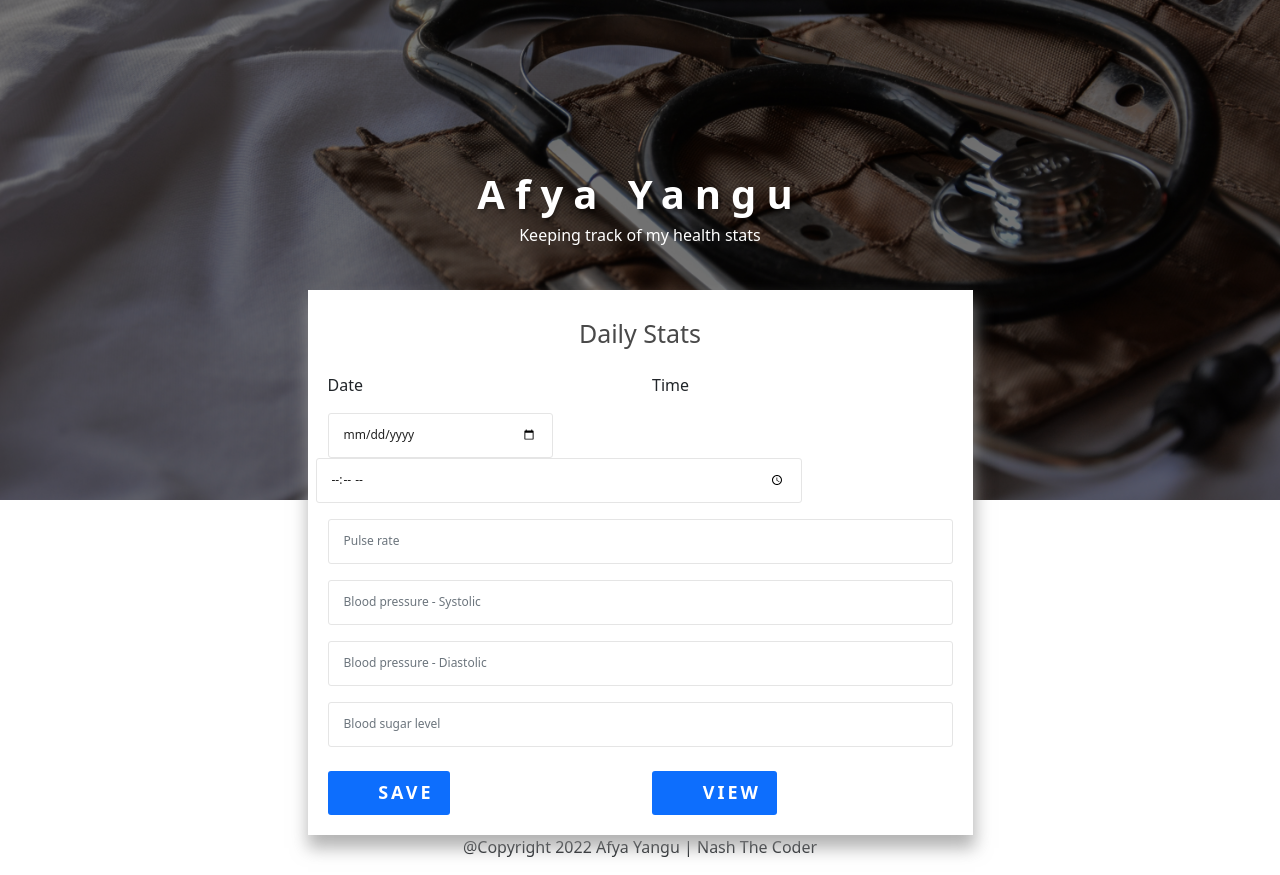
Repository: nashthecoder/afya_yangu
Page: /
These files come from the project's save history. The page is drawn as it stood at one moment and after the next save; the edit follows.
The browser window is 1280 px wide. The pictures show the whole page.
The project was rebuilt for these pictures with package versions that can differ from the ones it lists, and the page was loaded fresh each time.

Above is the page before, as saved 2022-02-27 16:29:26.

### src/App.js
import React from 'react'
import Banner from './components/Banner'
import Form from './components/Form'
import Footer from './components/Footer'
function App() {
  return (
    <div className="App">
      <Banner />
      <Form />
      <Footer />
    </div>
  );
}

export default App;

### src/style.scss
@import '../node_modules/bootstrap/scss/bootstrap.scss';
/*********************************************/
/*             GENERAL CSS              */
/*********************************************/

body {
    width: 100%;
    position: relative;
}

p.main-form-text {
    font-size: 25px !important;
    font-weight: 500;
    color: #494949;
}

h3 {
    font-size: 40px;
    letter-spacing: 10px;
    font-weight: bold;
}

h4 {
    font-size: 16px;
}

img {
    width: 100%;
    height: 100%;
}

form {
    position: relative;
}

/*********************************************/
/*              UTILITY CSS             */
/*********************************************/

input,
input.form-control {
    color: #222;
    font-size: 12px;
    background: $white;
    padding: 0 15px;
    width: 100%;
    height: 45px;
    line-height: 46px;
    outline: none;
    border: 1px solid #e5e5e5;
    border-radius: 3px;
    box-shadow: none;
    transition: all 0.3s;
}

input.form-control-short {
    color: #222;
    font-size: 12px;
    background: $white;
    padding: 0 15px;
    width: 75%;
    height: 45px;
    line-height: 46px;
    outline: none;
    border: 1px solid #e5e5e5;
    border-radius: 3px;
    box-shadow: none;
    transition: all 0.3s;
}

.btn-primary {
    font-weight: 600;
    font-size: 18px;
    cursor: pointer;
    display: inline-block;
    text-transform: uppercase;
    border: none;
    color: $white;
    border-radius: 3px;
    transition: all 0.3s;
    letter-spacing: 3px;
}

.btn-primary:hover,
.btn-primary:focus {
    background-color: #2b2b2b;
}

.banner {
    background-image: url("./images/bg.jpg");
    min-height: 500px;
    padding: 40px 0px;
    position: relative;
    background-position: center center;
    background-size: cover;
    background-repeat: no-repeat;
}

.banner::before {
    content: "";
    width: 100%;
    height: 100%;
    opacity: 0.5;
    background-color: #000;
    position: absolute;
    top: 0;
}

.brand {
    text-shadow: 2px 4px 3px rgba(0, 0, 0, 0.3);
}

.caption-text {
    margin-top: 130px;
    color: $white;
    position: relative;
}

/*********************************************/
/*              BANNER CSS              */
/*********************************************/

.banner {
    background-image: url("./images/bg.jpg");
    min-height: 500px;
    padding: 40px 0px;
    position: relative;
    background-position: center center;
    background-size: cover;
    background-repeat: no-repeat;
}

.banner::before {
    content: "";
    width: 100%;
    height: 100%;
    opacity: 0.5;
    background-color: #000;
    position: absolute;
    top: 0;
}

.brand {
    text-shadow: 2px 4px 3px rgba(0, 0, 0, 0.3);
}

.caption-text {
    margin-top: 130px;
    color: $white;
    position: relative;
}

/*********************************************/
/*              FORM CSS                "/
/*********************************************/

.form-box #box-title {
    position: relative;
    padding: 10px;
    text-align: center;
}

.form-box #box-title p {
    margin-bottom: 0;
    font-size: 14px;
}

.fill-form {
    position: relative;
    margin: -210px auto 0px auto;
    box-shadow: 1px 12px 16px 1px rgba(153, 153, 153, 0.75);
    -webkit-box-shadow: 1px 12px 16px 1px rgba(153, 153, 153, 0.75);
    -moz-box-shadow: 1px 12px 16px 1px rgba(153, 153, 153, 0.75);
}

.fill-form .form-box__img {
    background-color: transparent;
}

.fill-form .form-box__content {
    padding: 20px;
    background-color: $white;
}

/*********************************************/
/*               FOOTER CSS                  "/
/*********************************************/

footer p {
    margin: 55px 0px 60px 0px;
    font-size: 17px;
    font-weight: 600;
    color: transparent;
    -webkit-background-clip: text;
    -moz-background-clip: text;
    background-clip: text;
}

/*********************************************/
/*              MEDIA QUERIES CSS           "/
/*********************************************/

@media only screen and (min-width: 994px) and (max-width: 1398px) and (-webkit-min-device-pixel-ratio: 1) {
    .form-box #box-title {
        padding: 5px 20px 20px 20px;
    }
}

@media only screen and (min-width: 767px) and (max-width: 1196px) and (-webkit-min-device-pixel-ratio: 1) {
    .form-box #box-title {
        padding: 0px;
    }
    .fill-form .form-box__content {
        padding: 50px 50px 60px 50px;
    }
}

@media only screen and (min-width: 500px) and (max-width: 766px) and (-webkit-min-device-pixel-ratio: 1) {
    .form-box #box-title {
        padding: 0px;
    }
    .fill-form .form-box__content {
        padding: 50px 50px 60px 50px;
    }
    h3.brand {
        font-size: 30px;
    }
    .caption-text h4 {
        font-size: 14px;
    }
    .caption-text {
        margin-top: 110px;
    }
    footer {
        margin-bottom: 30px;
    }
    .form-box__img {
        display: none;
    }
}

@media only screen and (min-width: 360px) and (max-width: 499px) and (-webkit-min-device-pixel-ratio: 1) {
    .caption-text {
        margin-top: 30px;
    }
    h3.brand {
        font-size: 19px;
    }
    .banner {
        min-height: 400px;
    }
    .form-box__img {
        display: none;
    }
    footer {
        margin-bottom: 10px;
    }
}

@media only screen and (max-width: 359px) {
    .caption-text {
        margin-top: 30px;
    }
    h3.brand {
        font-size: 17px;
    }
    .caption-text h4 {
        font-size: 12px;
    }
    .banner {
        min-height: 400px;
    }
    .form-box__img {
        display: none;
    }
    .form-box #box-title {
        padding: 0px 30px 30px;
    }
}

### src/components/Banner.js
import React from 'react'

const Banner = () => {
    return (
        <>
        <header>
            <div className="banner">
                <div className="container">
                    <div className="row">
                        <div className="col-lg-9 offset-lg-3 mx-auto">
                            <div className="caption-text text-center">
                                <h3 className="brand">Afya Yangu</h3>
                                <h4> Keeping track of my health stats</h4>
                            </div>
                        </div>
                    </div>
                </div>
            </div>
        </header>
        </>
    )
}

export default Banner

### src/components/Form.js
import React from 'react'

const Form = () => {
    return (
        <>
        <section>
            <div className="container">
                <div className="row">
                <div className="col-lg-7 offset-lg-2 g-0 mx-auto">
                    <div className="fill-form form-box">
                            <div className="form-box__content">
                            <div id="box-title">
                                <p className="main-form-text">Daily Stats</p>
                            </div>
                            <form>
                                <div class="row">
                                    <div class="col">
                                        <p>Date</p>
                                        <input
                                            class="form-control-short"
                                            id="date"
                                            name="date"
                                            placeholder="Date"
                                            type="date"
                                        />
                                    </div>
                                    <div class="col">
                                        <p>Time</p>
                                    </div>
                                    <input
                                        class="form-control-short"
                                        id="time"
                                        name="time"
                                        placeholder="Time"
                                        type="time"
                                    />
                                </div>
                                <div className="mt-3">
                                <input
                                    className="form-control"
                                    id="pulse-rate"
                                    name="pulse-rate"
                                placeholder="Pulse rate"
                                    type="number"
                                />
                                </div>
                                <div className="mt-3">
                                    <input
                                        class="form-control"
                                    id="systolic-number"
                                        name="systolic-number"
                                        placeholder="Blood pressure - Systolic"
                                        type="number"
                                    />
                                </div>
                                <div className="mt-3">
                                    <input
                                        className="form-control"
                                        id="diastolic-number"
                                        name="diastolic-number"
                                    placeholder="Blood pressure - Diastolic"
                                        type="number"
                                    />
                                </div>
                                <div className="mt-3">
                                    <input
                                        class="form-control"
                                    id="bloodSugar-level"
                                        name="bloodSugar-level"
                                        placeholder="Blood sugar level"
                                        type="number"
                                    />
                                </div>
                                <div className="d-grid mt-4">
                                <div class="container">
                                    <div class="row row-cols-2">
                                        <div class="col">
                                            <button class="btn btn-primary btn-lg" type="submit" value="Send Now">
                                                <svg
                                                xmlns="http://www.w3.org/2000/svg"
                                                width="27"
                                                height="27"
                                                fill="currentColor"
                                                class="bi bi-mailbox2"
                                                viewBox="0 0 16 16"
                                                >
                                                </svg>{" "}
                                                Save
                                            </button>
                                        </div>
                                        <div class="col">
                                            <button class="btn btn-primary btn-lg" type="submit" value="Send Now">
                                                <svg
                                                xmlns="http://www.w3.org/2000/svg"
                                                width="27"
                                                height="27"
                                                fill="currentColor"
                                                class="bi bi-mailbox2"
                                                viewBox="0 0 16 16"
                                                >
                                                </svg>{" "}
                                                View
                                            </button>
                                        </div>
                                    </div>
                                </div>
                                </div>
                            </form>
                            </div>
                        </div>
                    </div>
                </div>
                </div>
        </section>
        </>
    )
}

export default Form

### src/components/Footer.js
import React from 'react'

const Footer = () => {
    return (
        <>
        <div>
            <p className="footer text-center">@Copyright 2022 Afya Yangu | Nash The Coder</p>
        </div>
        </>
    )
}

export default Footer

Loaded but not shown: public/index.html (common file); src/index.js (common file); src/reportWebVitals.js (common file)

After the next save:
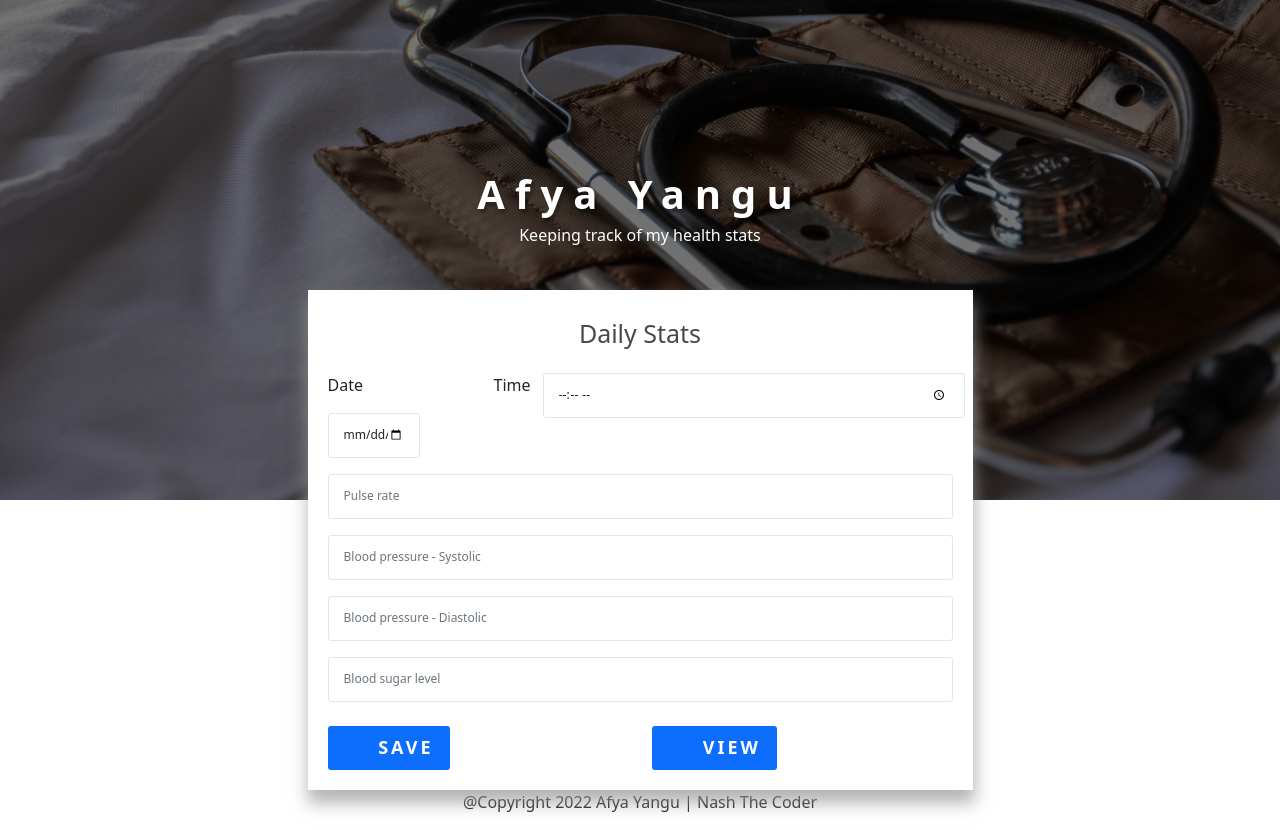
Saved 6 s later.
--- a/src/style.scss
+++ b/src/style.scss
@@ -58,7 +58,7 @@ input.form-control-short {
     font-size: 12px;
     background: $white;
     padding: 0 15px;
-    width: 75%;
+    width: 65%;
     height: 45px;
     line-height: 46px;
     outline: none;
